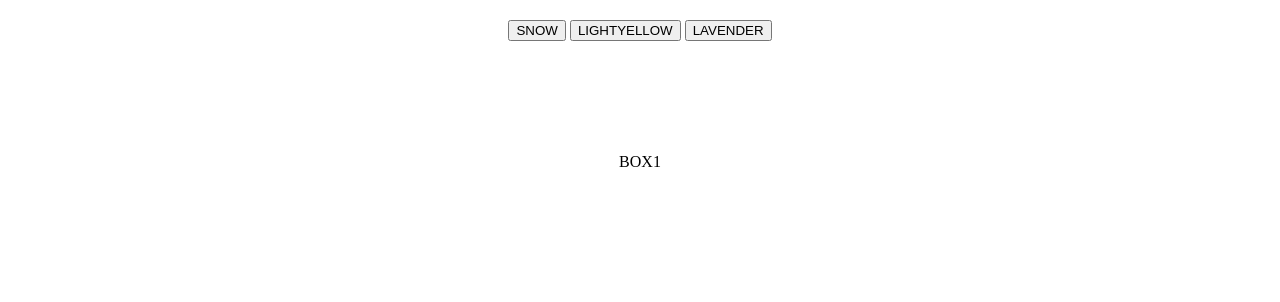
Repository: wjsjsn/23_webstudy
Page: 03_javascript/src/main/webapp/day02/Ex17_event.html
An editor plug-in stored every save of this project. The page is shown before and after the next save, followed by the edit.
The browser window is 1280 px wide. The pictures show the whole page.

Above is the page before, as saved 2023-06-28 07:16:41.
Console error: SyntaxError: Invalid left-hand side in assignment

### 03_javascript/src/main/webapp/day02/Ex17_event.html
<!DOCTYPE html>
<html>
<head>
<meta charset="UTF-8">
<title>Insert title here</title>
<script type="text/javascript">
function setSnow() {
	document.getElementById("box1").style.background-color = "snow";
}

function setLightYellow() {
	document.getElementById("box1").style.background-color = "lightyellow" ;
}

function setLavender() {
	document.getElementById("box1").style.background-color = "lavender" ;
}
</script>
<style type="text/css">
.box{
	border: 1px solid white;
	width: 200px;
	height: 200px;
	margin: auto;
	text-align: center;
	line-height: 200px;
}
</style>
</head>
<body>
	<div style="margin: 20px; text-align: center ;">
		<button onclick="setSnow()">SNOW</button>
		<button onclick="setLightYellow()">LIGHTYELLOW</button>
		<button onclick="setLavender()">LAVENDER</button>
	</div>
	<div class="box" id="box1">BOX1</div>
</body>
</html>

After the next save:
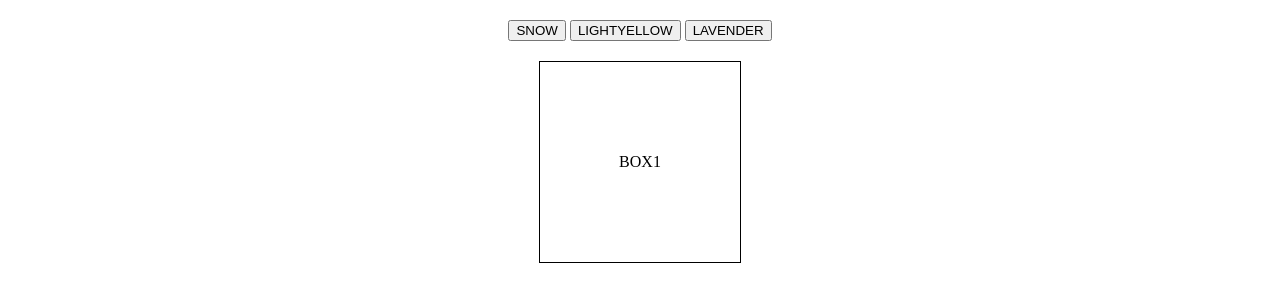
Saved 14 s later.
--- a/03_javascript/src/main/webapp/day02/Ex17_event.html
+++ b/03_javascript/src/main/webapp/day02/Ex17_event.html
@@ -18,7 +18,7 @@ function setLavender() {
 </script>
 <style type="text/css">
 .box{
-	border: 1px solid white;
+	border: 1px solid black;
 	width: 200px;
 	height: 200px;
 	margin: auto;
